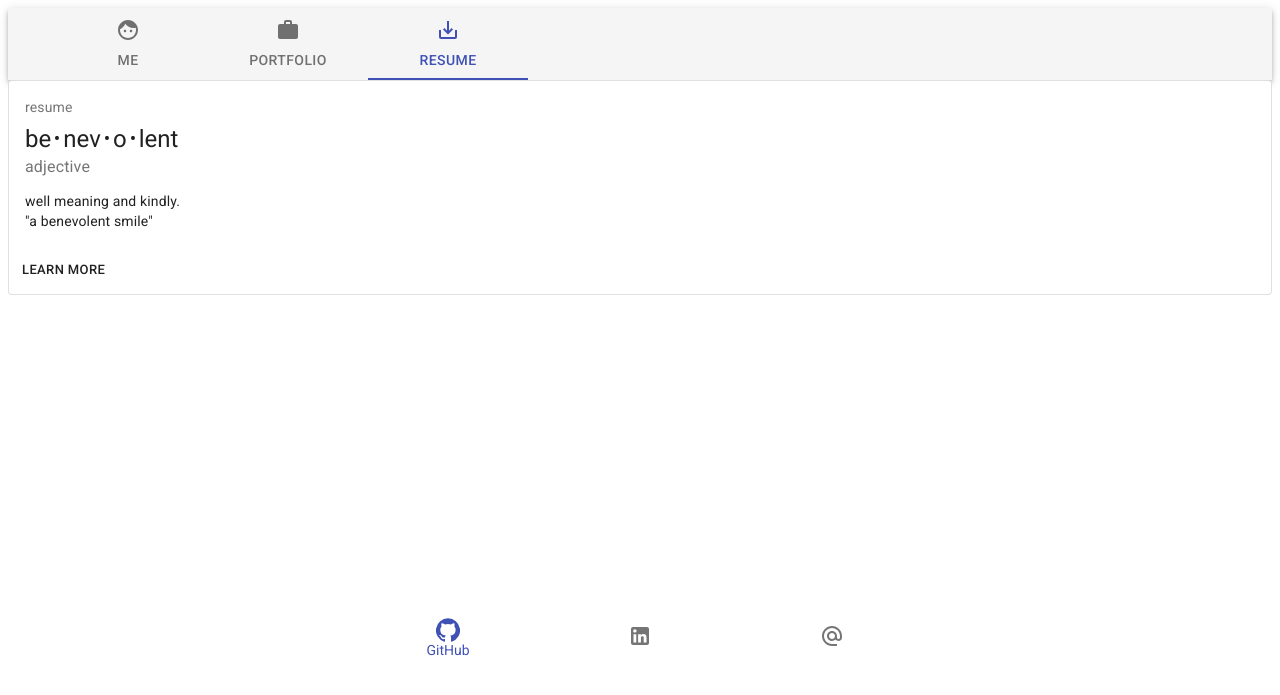
Repository: mandahos/hoshor
Page: /, after clicking the first element matching `#scrollable-force-tab-2`
The author's editor kept a copy of each file at every save. The page is drawn from the files as they stood at one save, then again after the next save.
The browser window is 1280 px wide. The pictures show the whole page.
The project was rebuilt for these pictures with package versions that can differ from the ones it lists, and the page was loaded fresh each time. Also part of the build but not shown: src/components/Portfolio/index.js. Imported but missing from the stored project, and not drawn on this page: src/assets/resume/Amanda_Hoshor_Resume.PDF, src/assets/resume/Resume_Hoshor (1).pdf.

Above is the page before, as saved 2021-08-19 22:58:37.

### public/index.html
<!DOCTYPE html>
<html lang="en">
  <head>
    <meta charset="utf-8" />
    <link rel="icon" href="%PUBLIC_URL%/favicon.ico" />
    <meta name="viewport" content="width=device-width, initial-scale=1" />
    <meta name="theme-color" content="#000000" />
    <meta
      name="description"
      content="Web site created using create-react-app"
    />
    <link rel="apple-touch-icon" href="%PUBLIC_URL%/logo192.png" />
    <link rel="stylesheet" href="https://fonts.googleapis.com/css?family=Roboto:300,400,500,700&display=swap" />

    <!--
      manifest.json provides metadata used when your web app is installed on a
      user's mobile device or desktop. See https://developers.google.com/web/fundamentals/web-app-manifest/
    -->

    <link rel="stylesheet" href="https://fonts.googleapis.com/icon?family=Material+Icons" />
    <link rel="manifest" href="%PUBLIC_URL%/manifest.json" />
    <!--
      Notice the use of %PUBLIC_URL% in the tags above.
      It will be replaced with the URL of the `public` folder during the build.
      Only files inside the `public` folder can be referenced from the HTML.

      Unlike "/favicon.ico" or "favicon.ico", "%PUBLIC_URL%/favicon.ico" will
      work correctly both with client-side routing and a non-root public URL.
      Learn how to configure a non-root public URL by running `npm run build`.
    -->
    <title>Hoshor</title>
  </head>
  <body>
    <noscript>You need to enable JavaScript to run this app.</noscript>
    <div id="root"></div>
    <!--
      This HTML file is a template.
      If you open it directly in the browser, you will see an empty page.

      You can add webfonts, meta tags, or analytics to this file.
      The build step will place the bundled scripts into the <body> tag.

      To begin the development, run `npm start` or `yarn start`.
      To create a production bundle, use `npm run build` or `yarn build`.
    -->
  </body>
</html>

### src/index.js
import React from 'react';
import ReactDOM from 'react-dom';
import './css/styles.css';
import App from './App';

ReactDOM.render(
  <React.StrictMode>
    <App />

  </React.StrictMode>,
  document.getElementById('root')
);

// If you want to start measuring performance in your app, pass a function
// to log results (for example: reportWebVitals(console.log))
// or send to an analytics endpoint. Learn more: https://bit.ly/CRA-vitals

### src/css/styles.css
.App {
  font-family: Arial, Helvetica, sans-serif;
  text-align: center;
  background-color: #7A6174;
  color: white
}
h1 {
  font-size: 48px;

}
h2 {
  font-size: 14px
}
.About {
  font-family: Cambria, Cochin, Georgia, Times, 'Times New Roman', serif
}
h3 {
  text-align: left;
}

p {
  text-align: left;
}

### src/App.js
import React, { useState } from "react";
import "./css/styles.css";
import  Navigation from "./components/Navigation";
import  Footer  from "./components/Footer";

// import background from "./assets/images/plug.png"


export default function App() {
   return (
    <div>
      <Navigation />



        <Footer />
    </div>
  )
}

### src/components/Navigation/index.js
import React from 'react';
import PropTypes from 'prop-types';
import { makeStyles } from '@material-ui/core/styles';
import AppBar from '@material-ui/core/AppBar';
import Tabs from '@material-ui/core/Tabs';
import Tab from '@material-ui/core/Tab';

import FaceIcon from '@material-ui/icons/Face';
import WorkIcon from '@material-ui/icons/Work';
import SaveAltIcon from '@material-ui/icons/SaveAlt';

import Typography from '@material-ui/core/Typography';
import Box from '@material-ui/core/Box';

import Me from '../Me/index'
import Portfolio from '../Portfolio/index'
import Resume from '../Resume/index'

function TabPanel(props) {
  const { children, value, index, ...other } = props;

  return (
    <div
      role="tabpanel"
      hidden={value !== index}
      id={`scrollable-force-tabpanel-${index}`}
      aria-labelledby={`scrollable-force-tab-${index}`}
      {...other}
    >
      {value === index && (
        <Box p={3}>
          <Typography>{children}</Typography>
        </Box>
      )}
    </div>
  );
}

TabPanel.propTypes = {
  children: PropTypes.node,
  index: PropTypes.any.isRequired,
  value: PropTypes.any.isRequired,
};

function a11yProps(index) {
  return {
    id: `scrollable-force-tab-${index}`,
    'aria-controls': `scrollable-force-tabpanel-${index}`,
  };
}

const useStyles = makeStyles((theme) => ({
  root: {
    flexGrow: 1,
    width: '100%',
    backgroundColor: theme.palette.background.paper,
  },
}));

export default function ScrollableTabsButtonForce() {
  const classes = useStyles();
  const [value, setValue] = React.useState(0);

  const handleChange = (event, newValue) => {
    setValue(newValue);
  };


  return (
    <>
    <div className={classes.root}>
      <AppBar position="static" color="default">
        <Tabs
          value={value}
          onChange={handleChange}
          variant="scrollable"
          scrollButtons="on"
          indicatorColor="primary"
          textColor="primary"
          aria-label="scrollable force tabs example"
        >

          <Tab label="Me" icon={<FaceIcon />} {...a11yProps(0)} />
          <Tab label="Portfolio" icon={<WorkIcon />} {...a11yProps(1)} />
          <Tab label="Resume" icon={<SaveAltIcon />} {...a11yProps(2)} />
          </Tabs>
      </AppBar>


      {value === 0 && <Me />}
      {value === 1 && <Portfolio />}
      {value === 2 && <Resume /> }

    </div>
    </>
  );
}

### src/components/Footer/index.js
import React from 'react';
import { makeStyles } from '@material-ui/core/styles';
import BottomNavigation from '@material-ui/core/BottomNavigation';
import BottomNavigationAction from '@material-ui/core/BottomNavigationAction';
import LinkedInIcon from '@material-ui/icons/LinkedIn';
import GitHubIcon from '@material-ui/icons/GitHub';
import AlternateEmailIcon from '@material-ui/icons/AlternateEmail';
import CSS from './footer.css'

const useStyles = makeStyles({
  root: {
    width: 500,
  },
});

export default function LabelBottomNavigation() {
  const footer = useStyles();
  const [value, setValue] = React.useState('recents');

  const handleChange = (event, newValue) => {
    setValue(newValue);
  };

  return (
    <BottomNavigation value={value} onChange={handleChange} className={footer}>
      <BottomNavigationAction a href="https://github.com/mandahos" label="GitHub" value="recents" icon={<GitHubIcon />} />
      <BottomNavigationAction a href="https://www.linkedin.com/in/amanda-hoshor/" label="LinkedIn" value="favorites" icon={<LinkedInIcon />} />
      <BottomNavigationAction a href="mailto:hoshor.manda@gmail.com" label="Email" value="nearby" icon={<AlternateEmailIcon />} />

    </BottomNavigation>
  );
}

### src/components/Me/index.js
import React from 'react';
import {
  Container,
  Stack,
  Flex,
  Box,
  Heading,
  Text,
  Image

} from '@chakra-ui/react';


import picture from '../../assets/images/react-profile.png'

const Me = () => {

  return (

    <Container maxW={'7xl'}>
      <Stack
        align={'center'}
        spacing={{ base: 8, md: 10 }}
        py={{ base: 20, md: 28 }}
        direction={{ base: 'column', md: 'row' }}>

        <Stack flex={1} spacing={{ base: 5, md: 10 }}>
          <Heading
            lineHeight={1.1}
            fontWeight={800}
            fontSize={36}
            >
            <Text
              as={'span'}
              position={'relative'}
              _after={{
                content: "''",
                width: 'full',
                height: '80%',
                position: 'absolute',
                bottom: 1,
                left: 0,
                bg: 'red.400',
                zIndex: -1,

              }}>
              Hiya,
            </Text>
            <br />

          </Heading>
          <Text color={'black.500'}>
            My name is Amanda Hoshor. Web development recent graduate. Looking to enter the exciting world of web coding in an oppurtunity that provides growth.
            <br/>
            Background in data entry and quality assurance. Obtained an information management degree in 2016. Strong background in quality assurance and control.
          </Text>
          <Stack
            spacing={{ base: 4, sm: 6 }}
            direction={{ base: 'column', sm: 'row' }}>

          </Stack>
        </Stack>
        <Flex
          flex={1}
          justify={'center'}
          align={'center'}
          position={'relative'}
          w={'full'}>

          <Box
            position={'relative'}
            height={'300px'}
            rounded={'2xl'}
            boxShadow={'2xl'}
            width={'full'}
            overflow={'hidden'}>

            <Image
              alt={'Me'}
              fit={'cover'}
              align={'center'}
              w={'100%'}
              h={'75%'}
              src={
                picture
              }
            />
          </Box>
        </Flex>
      </Stack>
    </Container>
  );
}

export default Me;

### src/components/Resume/index.js
import React from 'react';
import { BsDownload } from 'react-icons/bs';

import { makeStyles } from '@material-ui/core/styles';
import Card from '@material-ui/core/Card';
import CardActions from '@material-ui/core/CardActions';
import CardContent from '@material-ui/core/CardContent';
import Button from '@material-ui/core/Button';
import Typography from '@material-ui/core/Typography';

import technical from '../../assets/resume/Amanda_Hoshor_Resume.PDF';
import resume from '../../assets/resume/Resume_Hoshor (1).pdf'

const useStyles = makeStyles({
    root: {
      minWidth: 275,
    },
    bullet: {
      display: 'inline-block',
      margin: '0 2px',
      transform: 'scale(0.8)',
    },
    title: {
      fontSize: 14,
    },
    pos: {
      marginBottom: 12,
    },
  });

  export default function OutlinedCard() {
    const classes = useStyles();
    const bull = <span className={classes.bullet}>•</span>;

    return (
      <Card className={classes.root} variant="outlined">
        <CardContent>
          <Typography className={classes.title} color="textSecondary" gutterBottom>
            resume
          </Typography>
          <Typography variant="h5" component="h2">
            be{bull}nev{bull}o{bull}lent
          </Typography>
          <Typography className={classes.pos} color="textSecondary">
            adjective
          </Typography>
          <Typography variant="body2" component="p">
            well meaning and kindly.
            <br />
            {'"a benevolent smile"'}
          </Typography>
        </CardContent>
        <CardActions>
          <Button size="small">Learn More</Button>
        </CardActions>
      </Card>


    );
  }



function Resume() {
    return(
        <div className="flex items-center my-64">
        <a href={technical} download="Resume_Hoshor.pdf" className="flex flex-row items-center mx-auto p-4 resume text-2xl rounded-lg">
            Technical Resume
            <BsDownload className="ml-2"/>
        </a>
        <a href={resume} download="Resume_Hoshor.pdf" className="flex flex-row items-center mx-auto p-4 resume text-2xl rounded-lg">
            Standard Resume
            <BsDownload className="ml-2"/>
        </a>
    </div>
    );
}

### src/components/Footer/footer.css
.root {
    display: block;
    margin-left: auto;
    margin-right: auto;
    margin-top: 25%;
    justify-content: center;
}

After the next save:
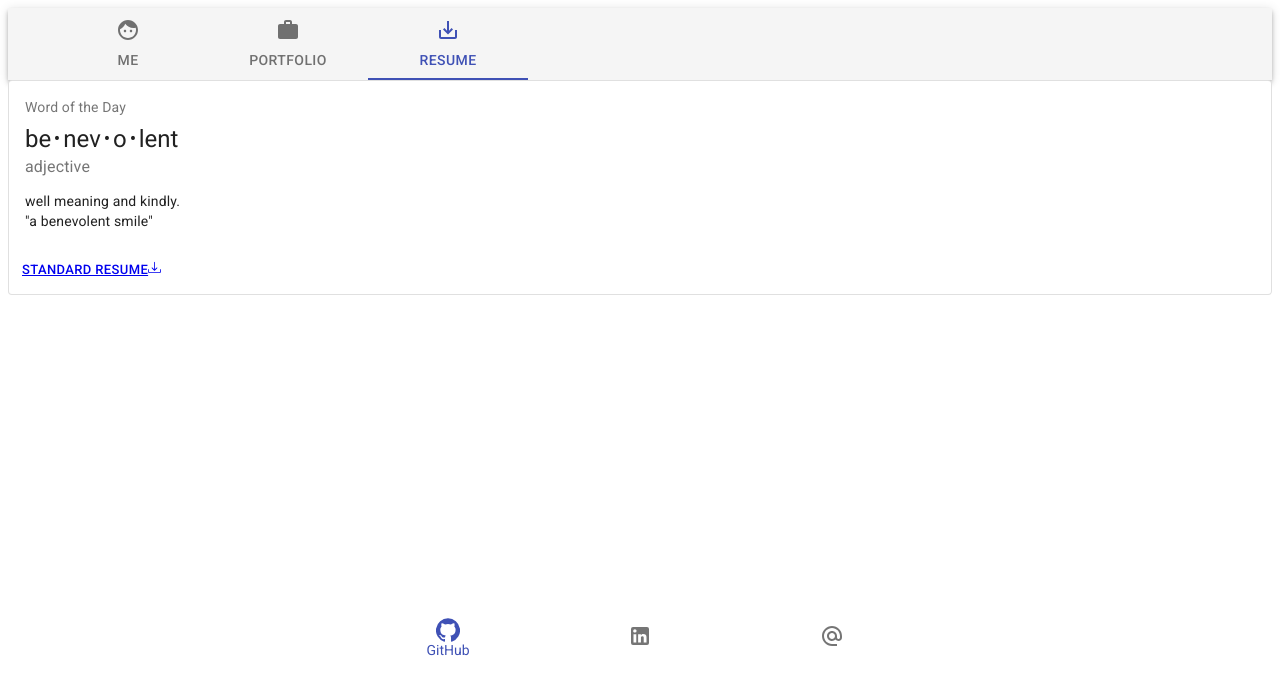
Saved 44 s later.
--- a/src/components/Resume/index.js
+++ b/src/components/Resume/index.js
@@ -36,7 +36,7 @@ const useStyles = makeStyles({
       <Card className={classes.root} variant="outlined">
         <CardContent>
           <Typography className={classes.title} color="textSecondary" gutterBottom>
-            resume
+            Word of the Day
           </Typography>
           <Typography variant="h5" component="h2">
             be{bull}nev{bull}o{bull}lent
@@ -51,14 +51,16 @@ const useStyles = makeStyles({
           </Typography>
         </CardContent>
         <CardActions>
-          <Button size="small">Learn More</Button>
+          <Button size="small">
+          <a href={resume} download="Resume_Hoshor.pdf" className="flex flex-row items-center mx-auto p-4 resume text-2xl rounded-lg">
+            Standard Resume
+            <BsDownload className="ml-2"/>
+        </a>
+          </Button>
         </CardActions>
       </Card>
-
-
     );
   }
-
 
 
 function Resume() {
